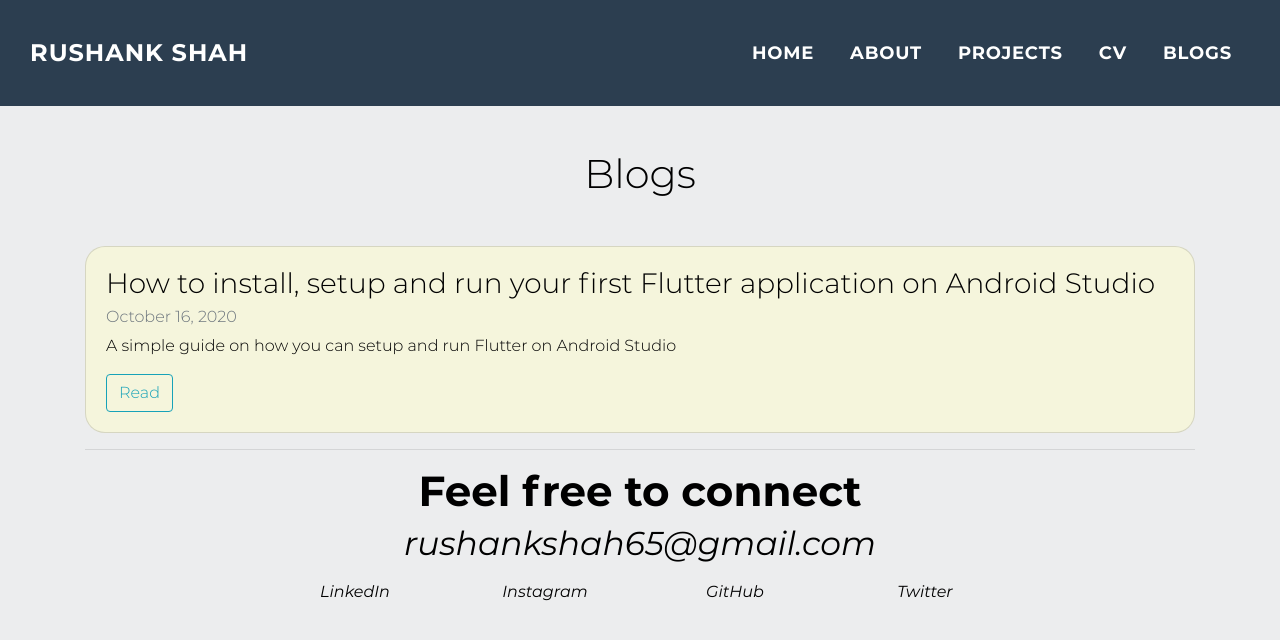
Repository: rushankshah/rushank-shah
Page: /blogs
The author's editor kept a copy of each file at every save. The page is drawn from the files as they stood at one save, then again after the next save.
The browser window is 1280 px wide. The pictures show the whole page.
The project was rebuilt for these pictures with package versions that can differ from the ones it lists, and the page was loaded fresh each time. The framework's server and built-in components were replaced by stand-ins that run in the browser. Also part of the build but not shown: next.config.js.

Above is the page before, as saved 2020-12-03 02:29:04.

### pages/blogs.js
import BaseLayout from '../components/layouts/BaseLayout'
import BasePage from '../components/BasePage'
import { Card, CardBody, CardSubtitle, CardText, CardTitle, Col, Row } from 'reactstrap'


const blogs = () => {
    return (
        <BaseLayout>
            <BasePage className='about-page'>
                <h1 style={{ textAlign: 'center', color: 'black' }}>Blogs</h1>
                <Row className='mt-5'>
                    <Col md='12'>
                        <Card className='intro' style={{ borderRadius: '20px', backgroundColor: 'beige' }}>
                            <CardBody>
                                <CardTitle tag='h3'>
                                    How to install, setup and run your first Flutter application on Android Studio
                                </CardTitle>
                                <CardSubtitle tag="h6" className="mb-2 text-muted">October 16, 2020</CardSubtitle>
                                <CardText>
                                    A simple guide on how you can setup and run Flutter on Android Studio
                                </CardText>
                                <a className='btn btn-outline-info' target='_blank' href='https://rushankshah65.medium.com/how-to-install-setup-and-run-your-first-flutter-application-on-android-studio-8ad1949373bc'>Read</a>
                            </CardBody>
                        </Card>
                    </Col>
                </Row>
                <hr></hr>
            </BasePage>
        </BaseLayout>
    )
}

export default blogs

### styles/main.scss
@import './shared/fonts';
@import './index';
@import './header';
@import './shared/colors';
@import 'about';
@import 'projects';

html, body {
    height:100%;
    width:100%;
    font-family: 'Montserrat', 'Helvetica';
  }

.self-typed{
  font-size: 31px;
  font-weight: 500;
  letter-spacing: 2px;
  color: white;
}

.absolute {
  position: absolute;
}

.base-page {
  padding-top: 150px;
  color: white;
  background-color: #ecedee;
  min-height: 100vh;

  .page-header {
    .page-header-title {
      font-weight: 700;
      color: black;
      display: inline-block;
      margin-bottom: 20px;
    }
  }
}

.social-media:hover{
  color: #dba919;
  cursor: pointer;
}

.clickable{
  cursor: pointer;
}

### components/layouts/BaseLayout.js
import React from 'react'
import Header from '../shared/Header'

const BaseLayout = (props) => {

    const { className, children } = props

    const headerType = props.headerType || 'default'

    return (
        <div className='layout-container'>
            <Header className={`port-nav-${headerType}`} />
            <main className={`cover ${className}`}>
                <div className='wrapper'>
                    {children}
                </div>
            </main>
        </div>
    )
}

export default BaseLayout

### components/BasePage.js
import React from 'react'
import { Container } from 'reactstrap'
import Footer from './shared/Footer'

export default function BasePage(props) {
    const className = props.className || ''
    const title = props.title
    return (
        <div className={`base-page ${className}`}>
            <Container>
                {props.children}
                <Footer />
            </Container>
        </div>
    )
}

### styles/shared/_fonts.scss
@font-face {
    font-family: 'Montserrat';
    src: url('/static/fonts/2.3\ Montserrat-Regular.ttf');
    font-weight: normal;
    font-style: normal;
}

@font-face {
    font-family: 'Montserrat';
    src: url('/static/fonts/2.4\ Montserrat-Bold.ttf');
    font-weight: bold;
    font-style: normal;
}

@font-face {
    font-family: 'Montserrat';
    src: url('/static/fonts/2.2\ Montserrat-Light.ttf');
    font-weight: lighter;
    font-style: normal;
}

@font-face {
    font-family: 'Montserrat';
    src: url('/static/fonts/2.1\ Montserrat-Italic.ttf');
    font-weight: normal;
    font-style: italic;
}

### styles/_index.scss
  // ---------- Index Page CSS ------------
  .cover {
    background-image: linear-gradient(45deg,#00aeef 0%,#096fb9 100%);
    overflow: hidden;
    position: relative;
  }

  .wrapper {
    min-height: 100vh;
    min-width: 100vw;
    margin-top: 0;
    position: relative;
  }

  .main-section {
    top: 150px;
    width: 100%;
    padding: 150px 0 0;
  }

  .hero-section{
    h2 {
      color: white;
      font-weight: bold;
      margin-bottom: 10px;
    }

    perspective: 1000px;
    color: white;
    width: 400px;
    position: relative;

    &-content {
      position: absolute;
      bottom: 20px;
      width: 360px;
      left: 6%;
      z-index: 1;

      &-intro {
        font-size: 17px;
      }
    }
  }

  .image {
    width: auto;
    max-width: 100%;
  }

  .hero-welcome-text > h1 {
    color: white;
    text-transform: uppercase;
    font-size: 27px;
    margin-top: 80px;
  }

  .hero-welcome-bio {
    margin-top: 20px;
    color: white;

    .fa-stack {
      font-size: 28px;
    }

    .list-inline-item {
      > a {
        color: #373737;
      }
    }
  }

  .hero-welcome-wrapper {
    justify-content: flex-end;

  }

  @media (max-width: 991px) {
    .hero-section {
      width: 341px;
      height: 445px;

      &-content {
        width: 341px;
      }
    }

    .hero-welcome-text > h1 {
      margin-top: 0px;
    }
  }

  .background-image {
    position: absolute;
    width: 1762px;
    height: 493px;
  }

  .shadow-custom {
    width: 100%;
    height: 100%;
    position: absolute;
    top: 0;
    box-shadow: -17px 13px 41px rgba(13,78,158,0.6);
    border: 2px solid #3bace5;

    .shadow-inner {
      width: 100%;
      height: 100%;
      box-shadow: -17px 13px 13px rgba(0,0,0,0.09);
    }
  }

  .shadow-custom-2 {
    border: 2px solid #f37d49;
    box-shadow: -17px 13px 41px rgba(13,78,158,0.3);
  }

  .flipper{
    transition: 1s;
    transform-style: preserve-3d;
    position: relative;
  }

  .flipper.isFlipping{
    transform: rotateY(-180deg);
  }

  .front, .back{
    backface-visibility: hidden;
    position: absolute;
    top: 0;
    left: 0;
  }

  .cover-0 {
  }

  .cover-1 {
    background-image: linear-gradient(45deg, rgb(254, 202, 83), rgb(253, 157, 97));
  }

  .front{
    transform: rotateY(0deg);
    z-index: 9999;
  }

  .back{
    transform: rotateY(180deg);
  }

### styles/_header.scss
@import './shared/colors';
  // HEADER
  .port-navbar.port-nav-base {
    width: 100%;
    z-index: 15;
    padding: 40px;

    .port-navbar {
      &-brand {
        color: white;
        font-size: 24px;
        text-transform: uppercase;
        letter-spacing: 1px;
        font-weight: bold;
      }

      &-item {
        margin-left: 10px;
        margin-right: 10px;
      }

      &-link {
        color: white;
        font-weight: bold;
        letter-spacing: 0.8px;
        font-size: 18px;
        text-transform: uppercase;

        &.active {
        color: #dba919;
        }

        &:hover, &:focus {
          color: #dba919;
        }
      }
    }
  }

  .port-navbar.port-nav-base.port-nav-default {
    padding: 30px;
    background-color: $secondary !important;
  }

  .bg-transparent.menu-open {
    background-color: #2C3E50 !important;
  }

  .bg-transparent.menu-close {
    transition: 1s;
  }

### styles/shared/_colors.scss
$main-color-blue: #0977C0;
$main-color-red: 'red';

$navbar-orange: #dba919;
$base-page-white: #ecedee;

$white: #fff !default;
$gray-100: #f8f9fa !default;
$gray-200: #e9ecef !default;
$gray-300: #dee2e6 !default;
$gray-400: #ced4da !default;
$gray-500: #adb5bd !default;
$gray-600: #868e96 !default;
$gray-700: #495057 !default;
$gray-800: #343a40 !default;
$gray-900: #212529 !default;
$black: #000 !default;

$primary: #18BC9C !default;
$secondary: #2C3E50 !default;

$blue:    #007bff !default;
$indigo:  #6610f2 !default;
$purple:  #6f42c1 !default;
$pink:    #e83e8c !default;
$red:     #dc3545 !default;
$orange:  #fd7e14 !default;
$yellow:  #ffc107 !default;
$green:   #28a745 !default;
$teal:    #0085A1 !default;
$cyan:    #17a2b8 !default;

### styles/_about.scss
@import './shared/mixins';
.about-page {
    .left-side {
      // margin-top: 10vh;

      color: black;
      text-align: left;
    }

    .fadein {
      opacity: 0;

      @include animation(fadein 2s);
      @include animation-fill-mode(forwards);
    }

    .intro{
        color: black;
        font-weight: lighter;
    }

    .title {
      @include animation-detail(0.7s);
      font-size: 42px;
      font-weight: bold;
    }

    .subtitle {
      @include animation-detail(2.2s);
      font-size: 33px;
    }

    .subsubTitle {
      @include animation-detail(3.6s);
      font-size: 18px;
    }

    @keyframes fadein {
      from { opacity: 0; }
      to   { opacity: 1; }
    }
  }

### styles/shared/_mixins.scss
// MIXINS
@mixin background-cover() {
    -webkit-background-size: cover;
    -moz-background-size: cover;
    -o-background-size: cover;
    background-size: cover;
  }

  @mixin animation($animationType) {
    -webkit-animation: $animationType; /* Safari, Chrome and Opera > 12.1 */
       -moz-animation: $animationType; /* Firefox < 16 */
        -ms-animation: $animationType; /* Internet Explorer */
         -o-animation: $animationType; /* Opera < 12.1 */
            animation: $animationType;
  }


  @mixin animation-fill-mode($animationMode) {
    -webkit-animation-fill-mode: $animationMode;  /* this makes sure that after animation is done we remain at the last keyframe value (opacity: 1)*/
    -moz-animation-fill-mode: $animationMode;
    animation-fill-mode: $animationMode;
  }


  @mixin animation-detail($detail) {
    -webkit-animation-delay: $detail;
    -moz-animation-delay: $detail;
    animation-delay: $detail;
  }

### styles/_projects.scss
@import './shared/mixins';
.projects-page {
    .left-side {
      // margin-top: 10vh;

      color: black;
      text-align: left;
    }
    .custom-card{
      border-radius: 50px;
    }
    .custom-card:hover{
      transition: all 0.2s ease-out;
      box-shadow: 0px 4px 8px rgba(38, 38, 38, 0.2);
      top: -4px;
      border: 1px solid #cccccc;
    }
    .fadein {
      opacity: 0;

      @include animation(fadein 2s);
      @include animation-fill-mode(forwards);
    }

    .intro{
        color: black;
        font-weight: lighter;
    }

    .title {
      @include animation-detail(0.7s);
      font-size: 42px;
      font-weight: bold;
    }

    .subtitle {
      @include animation-detail(2.2s);
      font-size: 33px;
    }

    .subsubTitle {
      @include animation-detail(3.6s);
      font-size: 18px;
    }

    @keyframes fadein {
      from { opacity: 0; }
      to   { opacity: 1; }
    }
  }

### components/shared/Header.js
import { useState } from 'react'
import Link from 'next/link'
import Head from 'next/head'
import {
    Collapse,
    Navbar,
    NavbarToggler,
    NavbarBrand,
    Nav,
    NavItem
} from 'reactstrap';

const Header = (props) => {
    const [isOpen, setIsOpen] = useState(false);

    const toggle = () => setIsOpen(!isOpen);

    const className = props.className

    const menuOpenClass = isOpen ? 'menu-open' : 'menu-close'

    return (
        <div>
            <Head>
                <title>Rushank Shah</title>
                <link rel="icon" href="/static/images/R.jpg" />
                <link href="https://cdn.lineicons.com/2.0/LineIcons.css" rel="stylesheet"></link>
            </Head>
            <Navbar className={`port-navbar port-nav-base absolute ${className} ${menuOpenClass}`} color="transparent" dark expand="md">
                <NavbarBrand className='port-navbar-brand'>Rushank Shah</NavbarBrand>
                <NavbarToggler onClick={toggle} />
                <Collapse isOpen={isOpen} navbar>
                    <Nav className="ml-auto" navbar>
                        <NavItem className='port-navbar-item'>
                            <Link href='/'>
                                <a className='nav-link port-navbar-link'> Home </a>
                            </Link>
                        </NavItem>
                        <NavItem className='port-navbar-item'>
                            <Link href='/about'>
                                <a className='nav-link port-navbar-link'> About </a>
                            </Link>
                        </NavItem>
                        <NavItem className='port-navbar-item'>
                            <Link href='/projects'>
                                <a className='nav-link port-navbar-link'> Projects </a>
                            </Link>
                        </NavItem>
                        <NavItem className='port-navbar-item'>
                            <Link href='/cv'>
                                <a className='nav-link port-navbar-link'> CV </a>
                            </Link>
                        </NavItem>
                        <NavItem className='port-navbar-item'>
                            <Link href='/blogs'>
                                <a className='nav-link port-navbar-link'> Blogs </a>
                            </Link>
                        </NavItem>
                    </Nav>
                </Collapse>
            </Navbar>
        </div>
    )
}

export default Header

### components/shared/Footer.js
import { Col, Row } from "reactstrap";

export default function Footer() {
    return (
        <div>
            <div className='intro'>
                <h5 className='title' style={{ textAlign: 'center', color: 'black' }}>
                    Feel free to connect
                </h5>
                <h5 className='subtitle' style={{ textAlign: 'center', color: 'black' }}>
                    <a target='_blank' style={{ color: 'black', textDecoration: 'none' }} href='mailto:rushankshah65@gmail.com'>
                        <i className="lni lni-envelope lni-lg lni-32 social-media"> rushankshah65@gmail.com</i>
                    </a>
                </h5>
                <Row className='mt-3' style={{ textAlign: 'center', color: 'black' }}>
                    <Col>
                    </Col>
                    <Col md='8'>
                        <Row>
                            <Col md='3'>
                                <div>
                                    <a target='_blank' style={{ color: 'black', textDecoration: 'none' }} href='https://www.linkedin.com/in/rushank-shah-65836b1a6/'>
                                        <i className="lni lni-linkedin-original lni-lg lni-32 social-media">LinkedIn</i>
                                    </a>
                                </div>
                            </Col>
                            <Col md='3'>
                                <div>
                                    <a target='_blank' style={{ color: 'black', textDecoration: 'none' }} href='https://www.instagram.com/rushankshah65/'>
                                        <i className="lni lni-instagram lni-lg lni-32 social-media">Instagram</i>
                                    </a>
                                </div>
                            </Col>
                            <Col md='3'>
                                <div>
                                    <a target='_blank' style={{ color: 'black', textDecoration: 'none' }} href='https://github.com/rushankshah'>
                                        <i className="lni lni-github-original lni-lg lni-32 social-media">GitHub</i>
                                    </a>
                                </div>
                            </Col>
                            <Col md='3'>
                                <div>
                                    <a target='_blank' style={{ color: 'black', textDecoration: 'none' }} href='https://twitter.com/ShahRushank'>
                                        <i className="lni lni-twitter-original lni-lg lni-32 social-media">Twitter</i>
                                    </a>
                                </div>
                            </Col>
                        </Row>
                    </Col>
                    <Col>
                    </Col>
                </Row>
                <Row className='mt-3'>
                </Row>
            </div>
        </div>
    )
}

Loaded but not shown: pages/_app.js (common file)

After the next save:
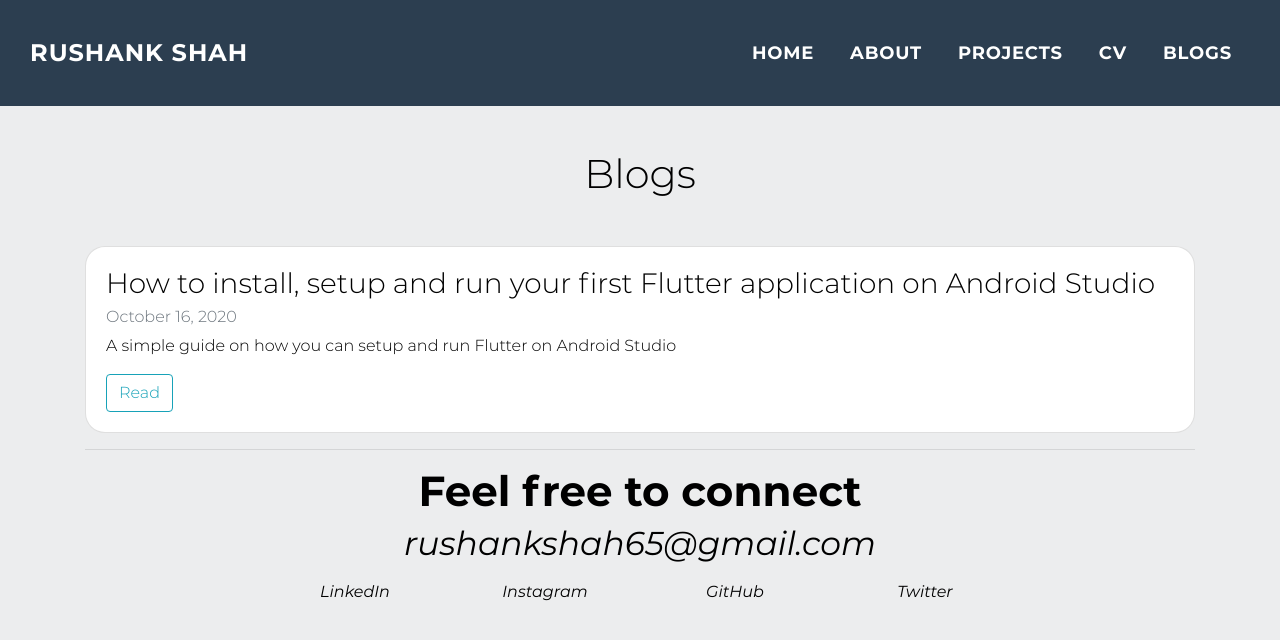
Saved 43 s later.
--- a/pages/blogs.js
+++ b/pages/blogs.js
@@ -10,7 +10,7 @@
                 <h1 style={{ textAlign: 'center', color: 'black' }}>Blogs</h1>
                 <Row className='mt-5'>
                     <Col md='12'>
-                        <Card className='intro' style={{ borderRadius: '20px', backgroundColor: 'beige' }}>
+                        <Card className='intro' style={{ borderRadius: '20px' }}>
                             <CardBody>
                                 <CardTitle tag='h3'>
                                     How to install, setup and run your first Flutter application on Android Studio
